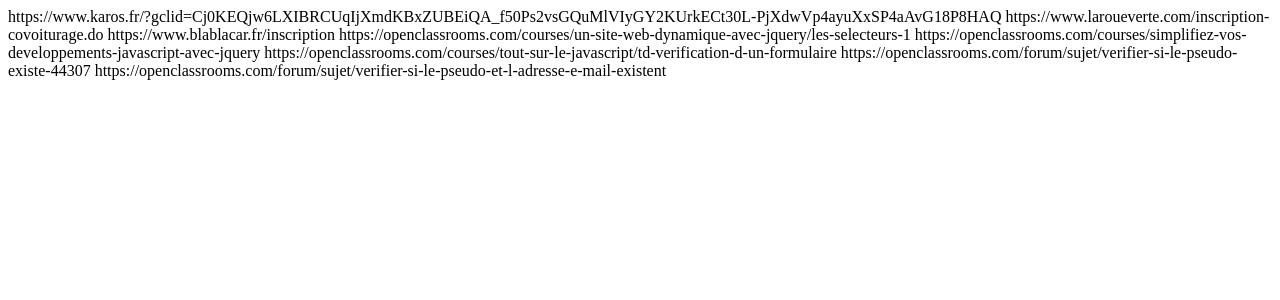
Repository: angilye/covoiturage-ppe
Page: http://localhost/pensebete/lien.php
The author's editor kept a record of every edit. The page is drawn from the files as they stood at one moment, then again after the next edit.
The browser window is 1280 px wide. The pictures show the whole page.
The page is run by PHP 8.4 with error messages shown; the project is at /var/www/html/.

Above is the page before.

### pensebete/lien.php
https://www.karos.fr/?gclid=Cj0KEQjw6LXIBRCUqIjXmdKBxZUBEiQA_f50Ps2vsGQuMlVIyGY2KUrkECt30L-PjXdwVp4ayuXxSP4aAvG18P8HAQ

https://www.laroueverte.com/inscription-covoiturage.do

https://www.blablacar.fr/inscription

https://openclassrooms.com/courses/un-site-web-dynamique-avec-jquery/les-selecteurs-1

https://openclassrooms.com/courses/simplifiez-vos-developpements-javascript-avec-jquery

https://openclassrooms.com/courses/tout-sur-le-javascript/td-verification-d-un-formulaire

https://openclassrooms.com/forum/sujet/verifier-si-le-pseudo-existe-44307

https://openclassrooms.com/forum/sujet/verifier-si-le-pseudo-et-l-adresse-e-mail-existent

After the next edit:
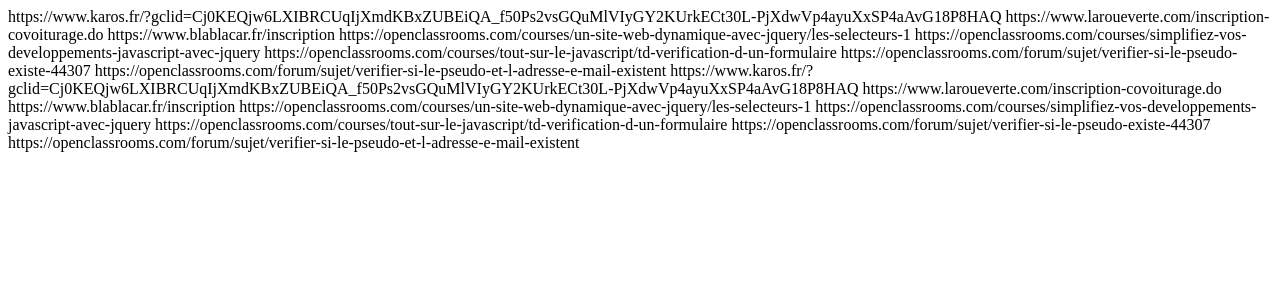
The edit:
--- a/pensebete/lien.php
+++ b/pensebete/lien.php
@@ -1,4 +1,5 @@
-https://www.karos.fr/?gclid=Cj0KEQjw6LXIBRCUqIjXmdKBxZUBEiQA_f50Ps2vsGQuMlVIyGY2KUrkECt30L-PjXdwVp4ayuXxSP4aAvG18P8HAQ
+<html>
+    https://www.karos.fr/?gclid=Cj0KEQjw6LXIBRCUqIjXmdKBxZUBEiQA_f50Ps2vsGQuMlVIyGY2KUrkECt30L-PjXdwVp4ayuXxSP4aAvG18P8HAQ
 
 https://www.laroueverte.com/inscription-covoiturage.do
 
@@ -13,3 +14,20 @@
 https://openclassrooms.com/forum/sujet/verifier-si-le-pseudo-existe-44307
 
 https://openclassrooms.com/forum/sujet/verifier-si-le-pseudo-et-l-adresse-e-mail-existent
+
+
+</html>https://www.karos.fr/?gclid=Cj0KEQjw6LXIBRCUqIjXmdKBxZUBEiQA_f50Ps2vsGQuMlVIyGY2KUrkECt30L-PjXdwVp4ayuXxSP4aAvG18P8HAQ
+
+https://www.laroueverte.com/inscription-covoiturage.do
+
+https://www.blablacar.fr/inscription
+
+https://openclassrooms.com/courses/un-site-web-dynamique-avec-jquery/les-selecteurs-1
+
+https://openclassrooms.com/courses/simplifiez-vos-developpements-javascript-avec-jquery
+
+https://openclassrooms.com/courses/tout-sur-le-javascript/td-verification-d-un-formulaire
+
+https://openclassrooms.com/forum/sujet/verifier-si-le-pseudo-existe-44307
+
+https://openclassrooms.com/forum/sujet/verifier-si-le-pseudo-et-l-adresse-e-mail-existent

After the edit that followed:
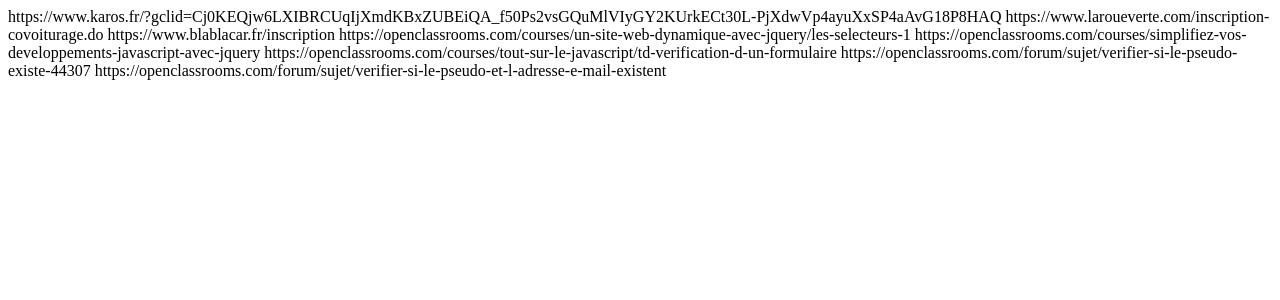
The edit:
--- a/pensebete/lien.php
+++ b/pensebete/lien.php
@@ -16,18 +16,4 @@
 https://openclassrooms.com/forum/sujet/verifier-si-le-pseudo-et-l-adresse-e-mail-existent
 
 
-</html>https://www.karos.fr/?gclid=Cj0KEQjw6LXIBRCUqIjXmdKBxZUBEiQA_f50Ps2vsGQuMlVIyGY2KUrkECt30L-PjXdwVp4ayuXxSP4aAvG18P8HAQ
-
-https://www.laroueverte.com/inscription-covoiturage.do
-
-https://www.blablacar.fr/inscription
-
-https://openclassrooms.com/courses/un-site-web-dynamique-avec-jquery/les-selecteurs-1
-
-https://openclassrooms.com/courses/simplifiez-vos-developpements-javascript-avec-jquery
-
-https://openclassrooms.com/courses/tout-sur-le-javascript/td-verification-d-un-formulaire
-
-https://openclassrooms.com/forum/sujet/verifier-si-le-pseudo-existe-44307
-
-https://openclassrooms.com/forum/sujet/verifier-si-le-pseudo-et-l-adresse-e-mail-existent
+</html>
